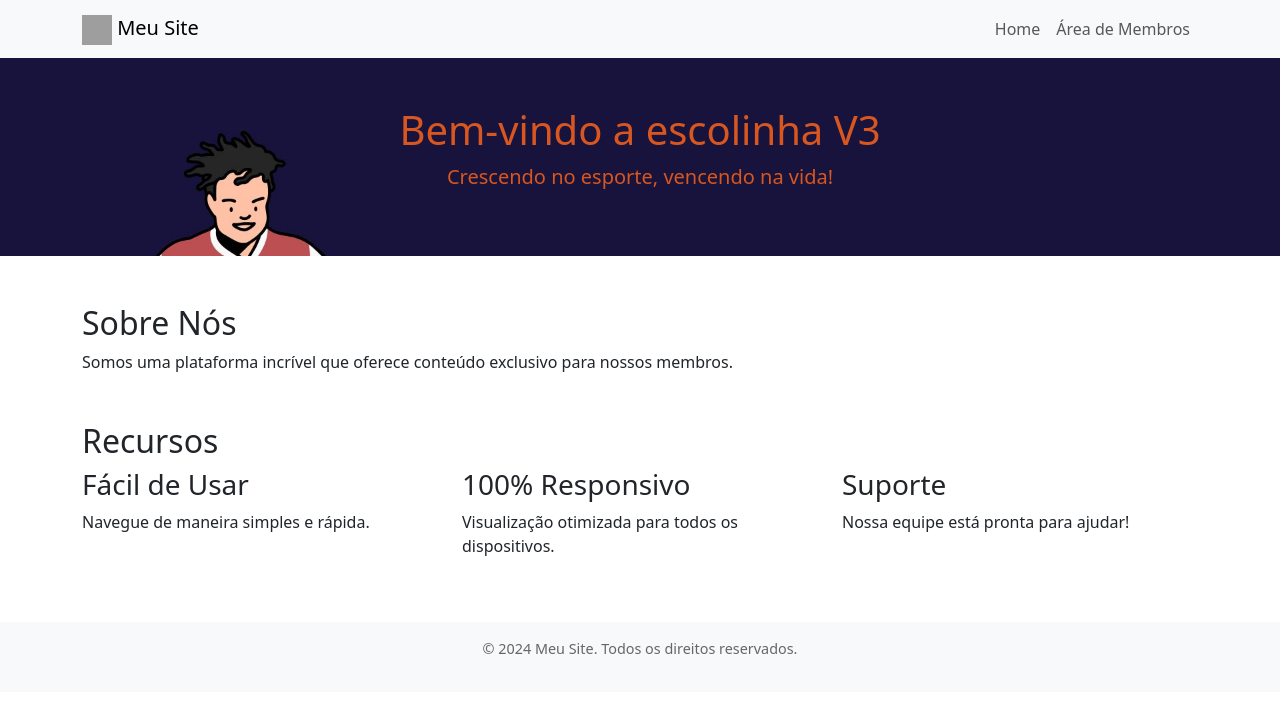
Repository: br-on/projeto-escolinhav3
Page: http://localhost/
These files come from the project's save history. The page is drawn as it stood at one moment and after the next save; the edit follows.
The browser window is 1280 px wide. The pictures show the whole page.
Pictures or frames that could not be fetched are drawn as grey boxes. The page is served by the project's application, run on Flask 3 (main.py).

Above is the page before, as saved 2024-11-14 14:22:17.

### templates/index.html
<!DOCTYPE html>
<html lang="pt-br">
<head>
    <meta charset="UTF-8">
    <meta name="viewport" content="width=device-width, initial-scale=1.0">
    <title>Homepage - Meu Site</title>
    <link href="https://cdn.jsdelivr.net/npm/bootstrap@5.3.0/dist/css/bootstrap.min.css" rel="stylesheet">
    <!-- Link para o CSS personalizado com url_for -->
    <link rel="stylesheet" href="{{ url_for('static', filename='css/style.css') }}">
</head>
<body>

    <!-- Navbar -->
    <nav class="navbar navbar-expand-lg navbar-light bg-light">
        <div class="container">
            <a class="navbar-brand" href="{{ url_for('views.index') }}">
                <!-- Link para o logo com url_for -->
                <img src="{{ url_for('static', filename='img/logo.png') }}" alt="Logo" width="30" height="30">
                Meu Site
            </a>
            <button class="navbar-toggler" type="button" data-bs-toggle="collapse" data-bs-target="#navbarNav">
                <span class="navbar-toggler-icon"></span>
            </button>
            <div class="collapse navbar-collapse" id="navbarNav">
                <ul class="navbar-nav ms-auto">
                    <li class="nav-item"><a class="nav-link" href="{{ url_for('views.index') }}">Home</a></li>
                    <li class="nav-item"><a class="nav-link" href="{{ url_for('views.membros') }}">Área de Membros</a></li>
                </ul>
            </div>
        </div>
    </nav>

    <!-- Hero Section -->
    <header class="bg-primary text-white text-center py-5">
        <div class="container">
            <h1>Bem-vindo a escolinha V3</h1>
            <p class="lead">Crescendo no esporte, vencendo na vida!</p>
        </div>
    </header>

    <!-- Conteúdo Principal -->
    <main class="container my-5">
        <section>
            <h2>Sobre Nós</h2>
            <p>Somos uma plataforma incrível que oferece conteúdo exclusivo para nossos membros.</p>
        </section>

        <section class="my-5">
            <h2>Recursos</h2>
            <div class="row">
                <div class="col-md-4">
                    <h3>Fácil de Usar</h3>
                    <p>Navegue de maneira simples e rápida.</p>
                </div>
                <div class="col-md-4">
                    <h3>100% Responsivo</h3>
                    <p>Visualização otimizada para todos os dispositivos.</p>
                </div>
                <div class="col-md-4">
                    <h3>Suporte</h3>
                    <p>Nossa equipe está pronta para ajudar!</p>
                </div>
            </div>
        </section>
    </main>

    <!-- Footer -->
    <footer class="bg-light text-center py-3">
        <p>&copy; 2024 Meu Site. Todos os direitos reservados.</p>
    </footer>

    <script src="https://cdn.jsdelivr.net/npm/bootstrap@5.3.0/dist/js/bootstrap.bundle.min.js"></script>
</body>
</html>

### views.py
# views.py
from flask import Blueprint, render_template

# Cria um Blueprint para as views
views = Blueprint('views', __name__)

@views.route('/')
def index():
    return render_template('index.html')

@views.route('/membros')
def membros():
    return render_template('membros.html')

### main.py
# app.py
from flask import Flask
from views import views  # Importa o Blueprint

app = Flask(__name__)

# Registra o Blueprint das views
app.register_blueprint(views)

if __name__ == '__main__':
    app.run(debug=True)

### static/css/style.css
/* Estilos customizados */

header {
    background-image: url('../img/banner.jpg');
    background-size: cover;
    color: white;
}

footer {
    font-size: 0.9em;
    color: #666;
}

.bg-primary {
    background-color: #18133c !important; /* Cor de fundo substituída */
}

.text-white {
    color: #d8561f !important; /* Cor de texto substituída */
}

After the next save:
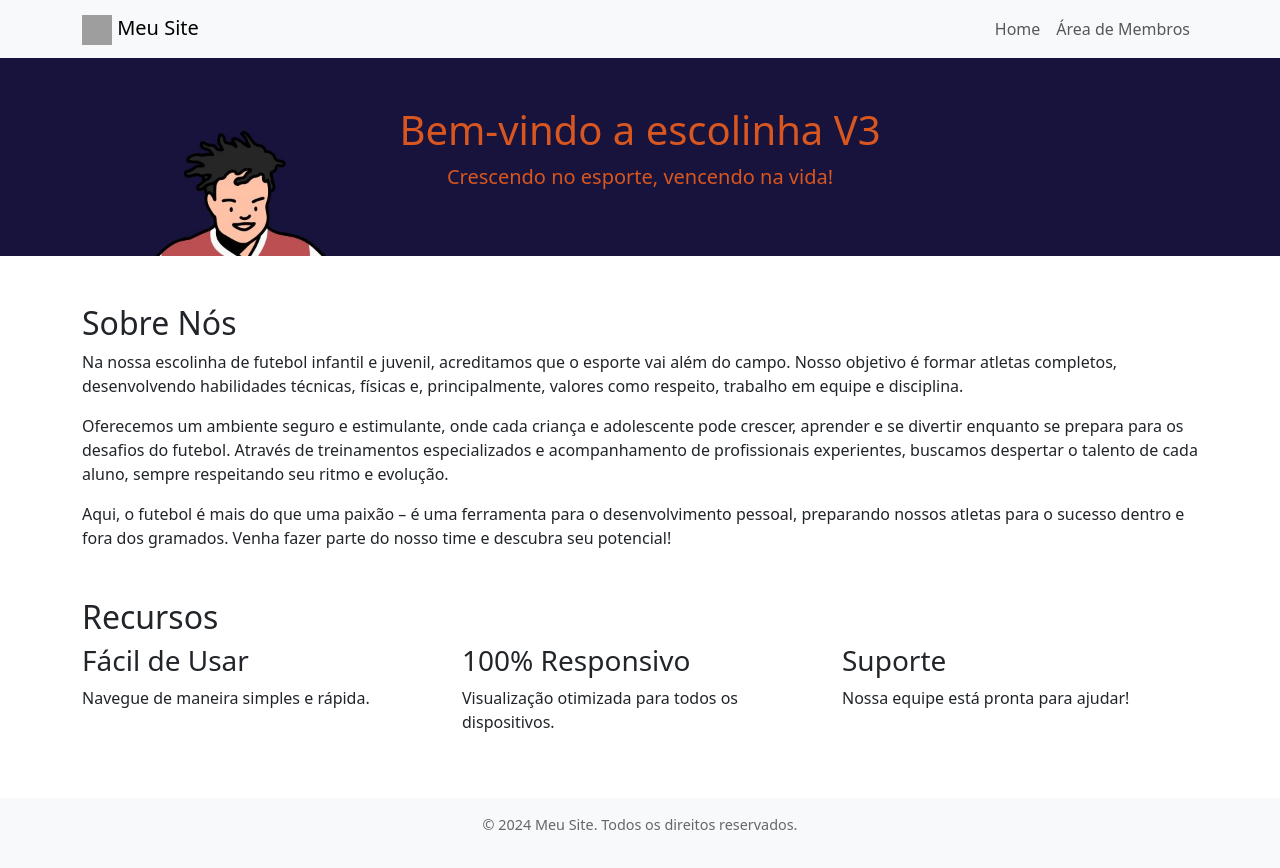
Saved 76 min 28 s later.
--- a/templates/index.html
+++ b/templates/index.html
@@ -42,7 +42,15 @@
     <main class="container my-5">
         <section>
             <h2>Sobre Nós</h2>
-            <p>Somos uma plataforma incrível que oferece conteúdo exclusivo para nossos membros.</p>
+            <p>Na nossa escolinha de futebol infantil e juvenil, acreditamos que o esporte vai além do campo.
+                Nosso objetivo é formar atletas completos, desenvolvendo habilidades técnicas, físicas e, principalmente,
+                valores como respeito, trabalho em equipe e disciplina.</p>
+            <p>Oferecemos um ambiente seguro e estimulante, onde cada criança e adolescente pode crescer,
+                aprender e se divertir enquanto se prepara para os desafios do futebol. Através de treinamentos
+                especializados e acompanhamento de profissionais experientes, buscamos despertar o talento de cada aluno,
+                sempre respeitando seu ritmo e evolução.</p>
+            <p>Aqui, o futebol é mais do que uma paixão – é uma ferramenta para o desenvolvimento pessoal, preparando nossos
+                atletas para o sucesso dentro e fora dos gramados. Venha fazer parte do nosso time e descubra seu potencial!</p>
         </section>
 
         <section class="my-5">
